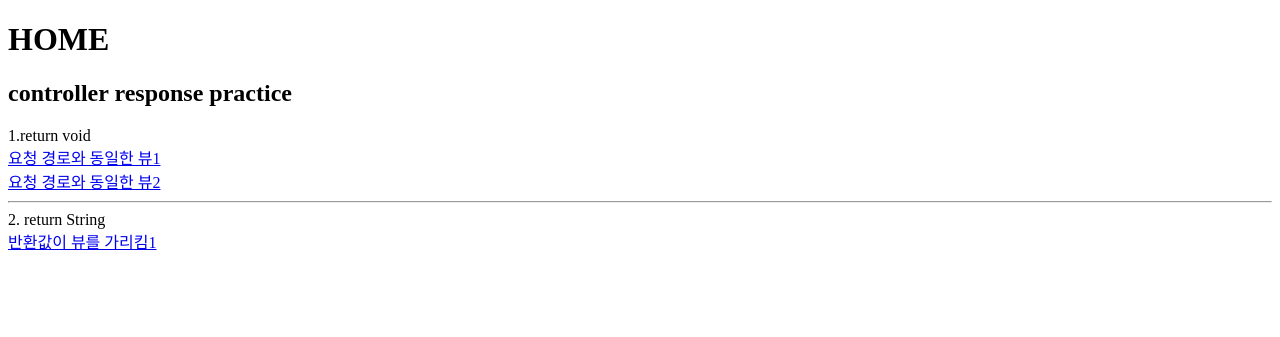
Repository: Ahndaegeun/DDIT_Spring_Study
Page: http://localhost/springProj/WEB-INF/views/home.jsp
An editor plug-in stored every save of this project. The page is shown before and after the next save, followed by the edit.
The browser window is 1280 px wide. The pictures show the whole page.
The page is served by Tomcat 9. Nobody is signed in. The template is opened directly, without the code that normally fills it, so the values that code supplies are empty.

Above is the page before, as saved 2021-10-29 05:20:58.

After the next save:
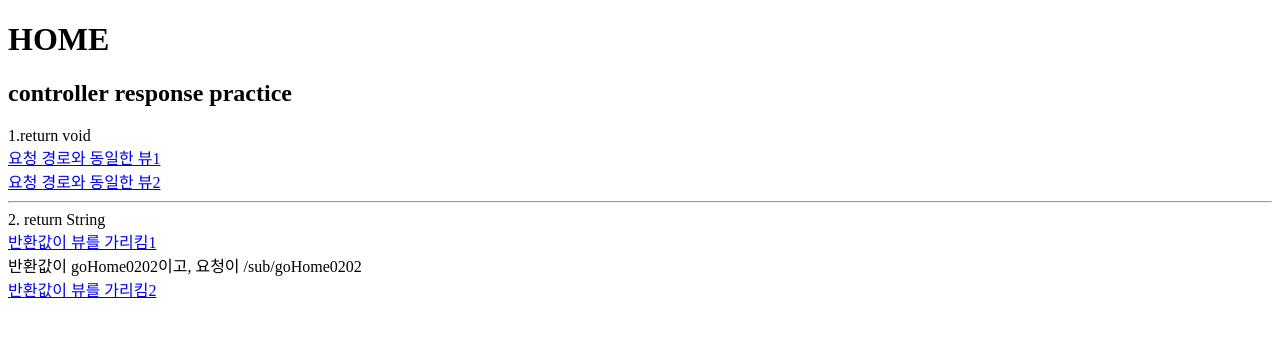
Saved 20 min 35 s later.
--- a/springProj/src/main/webapp/WEB-INF/views/home.jsp
+++ b/springProj/src/main/webapp/WEB-INF/views/home.jsp
@@ -15,7 +15,8 @@
 <a href="/goHome0102">요청 경로와 동일한 뷰2</a>
 <hr>
 2. return String<br>
-<a href="/goHome0201">반환값이 뷰를 가리킴1</a>
-
+<a href="/goHome0201">반환값이 뷰를 가리킴1</a><br>
+반환값이 goHome0202이고, 요청이 /sub/goHome0202<br>
+<a href="/sub/goHome0202">반환값이 뷰를 가리킴2</a>
 </body>
 </html>
